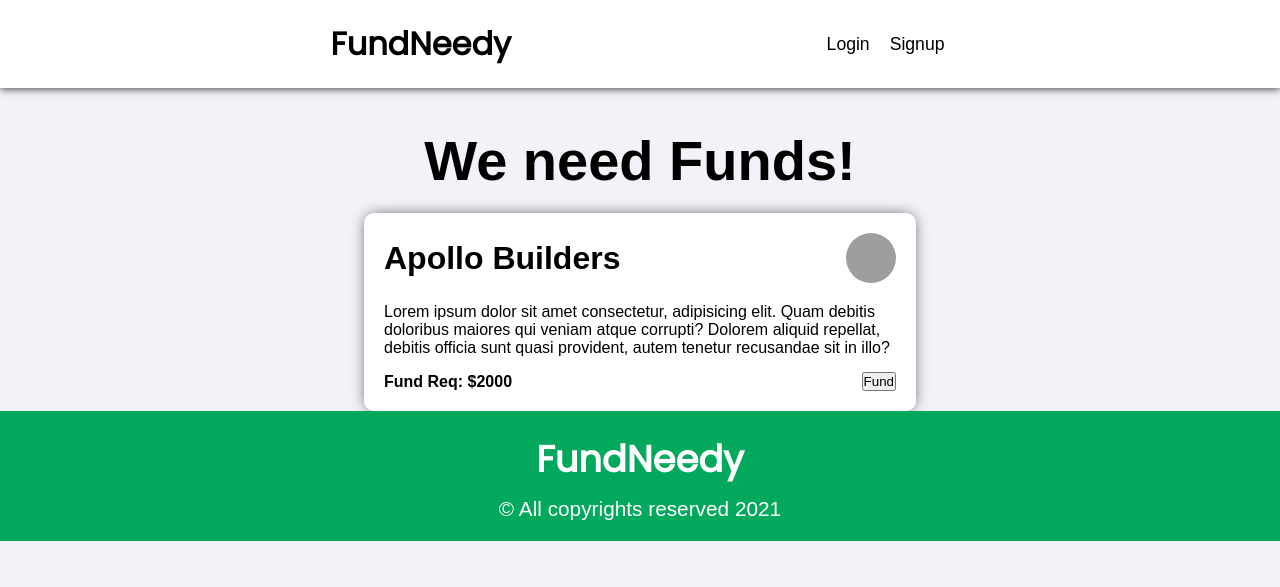
Repository: osdc/codejam
Page: /needies (app in sassy-sandwiches/fund-needy/)
The author's editor kept a copy of each file at every save. The page is drawn from the files as they stood at one save, then again after the next save.
The browser window is 1280 px wide. The pictures show the whole page.
Pictures or frames that could not be fetched are drawn as grey boxes. The project was rebuilt for these pictures with package versions that can differ from the ones it lists, and the page was loaded fresh each time. Also part of the build but not shown: sassy-sandwiches/fund-needy/src/Showcase.css, sassy-sandwiches/fund-needy/src/Showcase.js.

Above is the page before, as saved 2021-01-09 19:42:26.

After the next save:
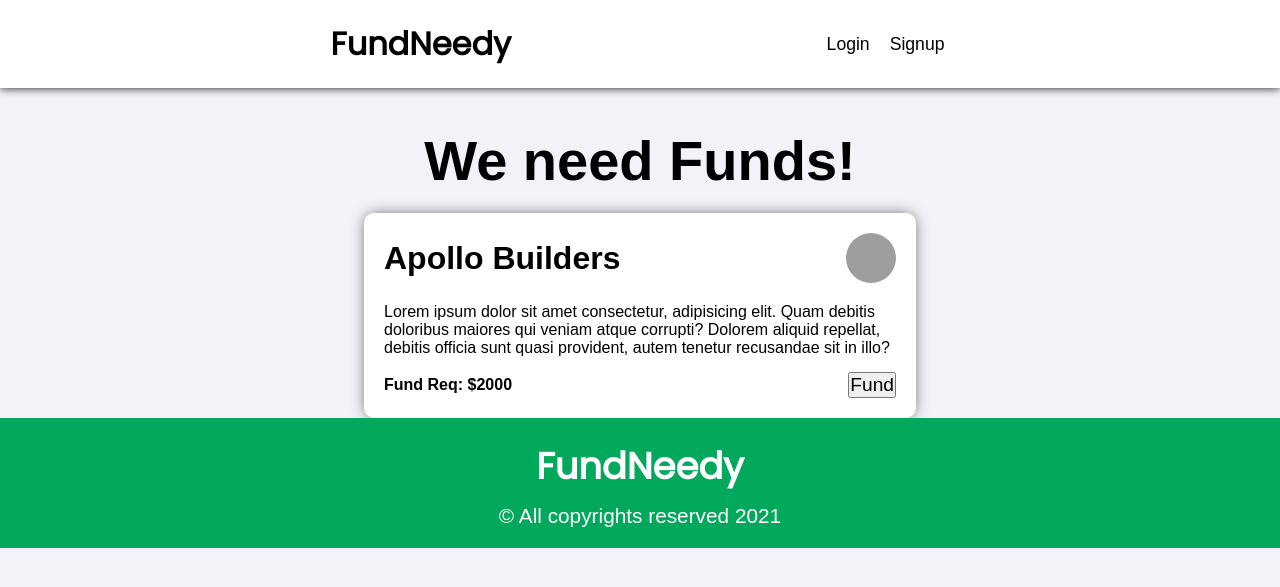
Saved 17 s later.
--- a/sassy-sandwiches/fund-needy/src/Needy.css
+++ b/sassy-sandwiches/fund-needy/src/Needy.css
@@ -31,3 +31,7 @@
   justify-content: space-between;
   margin-top: 15px;
 }
+
+.needy_footer > button {
+  font-size: 1.2rem;
+}
